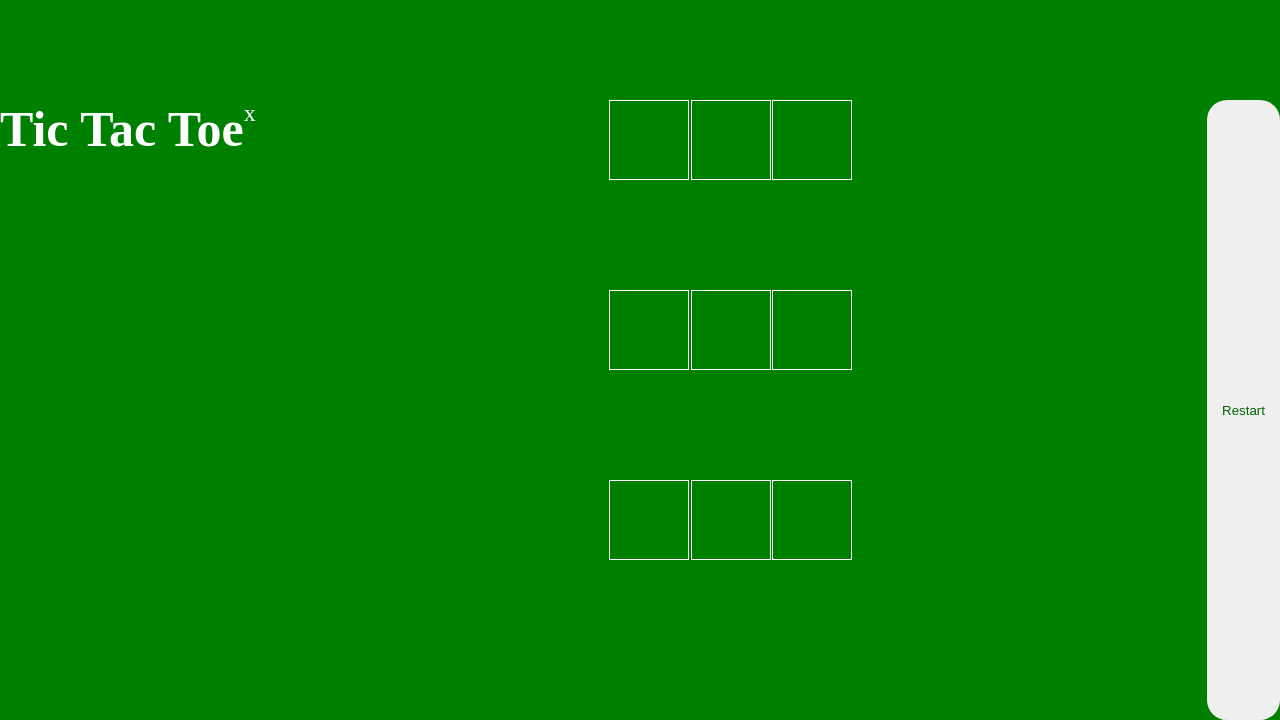
Repository: LusyaPetrosyan/x-o
Page: index.html
An editor plug-in stored every save of this project. The page is shown before and after the next save, followed by the edit.
The browser window is 1280 px wide. The pictures show the whole page.

Above is the page before, as saved 2022-02-14 17:07:19.

### index.html
<!DOCTYPE html>
<html lang="en">
<head>
    <meta charset="UTF-8">
    <meta http-equiv="X-UA-Compatible" content="IE=edge">
    <meta name="viewport" content="width=device-width, initial-scale=1.0">
    <title>Tic Tac Toe</title>
    <link rel="stylesheet" href="style.css">
</head>
<body>
    <section class="background">
        <h1 class="title">Tic Tac Toe</h1>
        <section class="display">
             <span class="display-player playerX">x</span>
        </section>
        <div class="container">
            <div class="cell"></div>
            <div class="cell"></div>
            <div class="cell"></div>
            <div class="cell"></div>
            <div class="cell"></div>
            <div class="cell"></div>
            <div class="cell"></div>
            <div class="cell"></div>
            <div class="cell"></div>
        </div>
        <div class="display announcer hidden"></div>

        <button id="restart">Restart</button>

    </section>
    <script src="script.js"></script>
</body>
</html>

### style.css
*{
    margin: 0;
    padding: 0;
    box-sizing: border-box;
    color: #fff;
}

.title {

    font-size: 50px;
    margin-bottom: 50px;
}

.background {
    height: 100vh;
    width: 100vw;
    background-color: green;
   display: flex;
   justify-content: center;

   padding-top: 100px;
}

.container {
    display: grid;
    grid-template-columns: repeat(3, auto);
    width: 244px;
    margin: 0 auto;
    margin-bottom: 50px;

}

.cell {
    width: 80px;
    height: 80px;
    line-height: 80px;
    border: 1px solid #fff;
    cursor: pointer;
    font-size: 50px;

}

.display {
    font-size: 24px;
    margin-bottom: 30px;
}
.hidden {
    display: none;
}

#restart {
    padding: 10px 15px;
    color: darkgreen;
    border-radius: 20px;
    cursor: pointer;
    transition: 0.5s ease;
    border: none;
    outline: none;
}

#restart:hover {
    background-color: lightgreen;
}

### script.js
window.addEventListener('DOMContentLoaded', () => {

  const displayPlayer = document.querySelector(".display");
  const cells = Array.from(document.querySelectorAll(".cell"));
  const restartButton = document.querySelector("#restart");
  const announcer = document.querySelector(".announcer");

  let board = ["", "", "", "", "", "", "", "", ""];
  let gameActive = true;
  let currentPlayer = "X";

  const winningConditions = [
    [0, 1, 2],
    [3, 4, 5],
    [6, 7, 8],
    [0, 3, 6],
    [1, 4, 7],
    [2, 5, 8],
    [0, 4, 8],
    [2, 4, 6],
  ];

  const playerXWinner = "Player X is the winner";
  const playerOWinner = "Player O is the winner";
  const equal = "equal";

  function handleResultValidation() {
    let roundWon = false;
    for (let i = 0; i <= 7; i++) {
      const winCondition = winningConditions[i];
      const a = board[winCondition[0]];
      const b = board[winCondition[1]];
      const c = board[winCondition[2]];
      if (a === "" || b === "" || c === "") {
        continue;
      }
      if (a === b && b === c) {
        roundWon = true;
        break;
      }
    }

    if (roundWon) {
      announce(currentPlayer === "X" ? playerXWinner : playerOWinner);
      gameActive = false;
      return;
    }

    if (!board.includes("")) announce(equal);

  }
  const announce = (type) => {
    switch (type) {
      case playerOWinner:
        announcer.innerHTML = 'Player <span class="playerO">O</span> is the winner';
        break;
      case playerXWinner:
        announcer.innerHTML = 'Player <span class="playerX">X</span> is the winner';

        break;
      case equal:
        announcer.innerHTML = "equal";

    }
    announcer.classList.remove("hidden");

  };

  const isValidAction = (cell) => {
    if (cell.innerText === "X" || cell.innerText === "O") {
      return false;
    }

    return true;
  };

  const updateBoard = (index) => {
    board[index] = currentPlayer;
  };

  const changePlayer = () => {
    displayPlayer.classList.remove(`player${currentPlayer}`);
    currentPlayer = currentPlayer === "X" ? "O" : "X";
    displayPlayer.innerText = currentPlayer;
    displayPlayer.classList.add(`player${currentPlayer}`);
  };

  const userAction = (cell, index) => {
    if (isValidAction(cell) && gameActive) {
      cell.innerText = currentPlayer;
      cell.classList.add(`player${currentPlayer}`);
      updateBoard(index);
      handleResultValidation();
      changePlayer();
    }
  };

  const resetBoard = () => {
    board = ["", "", "", "", "", "", "", "", ""];
    gameActive = true;
    announcer.classList.add("hidden");

    if (currentPlayer === "O") {
      changePlayer();
    }



    cells.forEach((cell) => {
      cell.innerText = "";
      cell.classList.remove("playerX");
      cell.classList.remove("playerO");
    });
  };

  cells.forEach((cell, index) => {
    cell.addEventListener("click", () => userAction(cell, index));
  });

  restartButton.addEventListener("click", resetBoard);

})

After the next save:
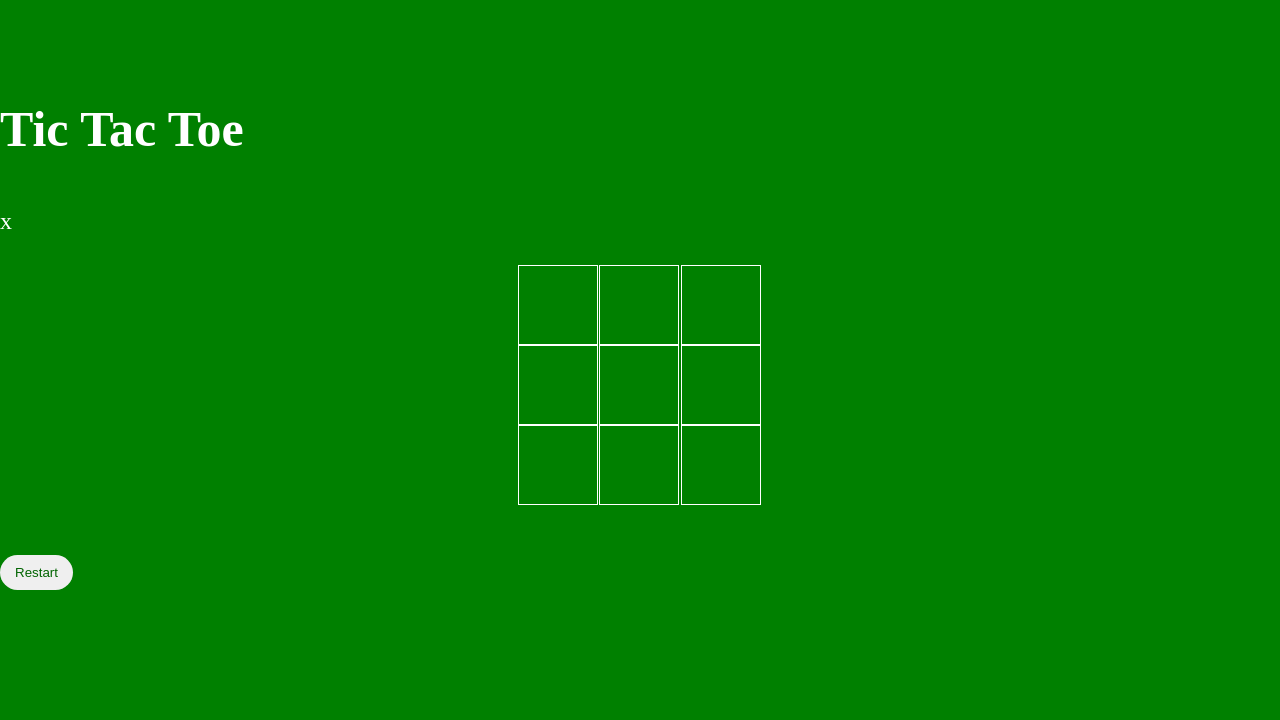
Saved 21 s later.
--- a/style.css
+++ b/style.css
@@ -15,8 +15,7 @@
     height: 100vh;
     width: 100vw;
     background-color: green;
-   display: flex;
-   justify-content: center;
+
 
    padding-top: 100px;
 }
